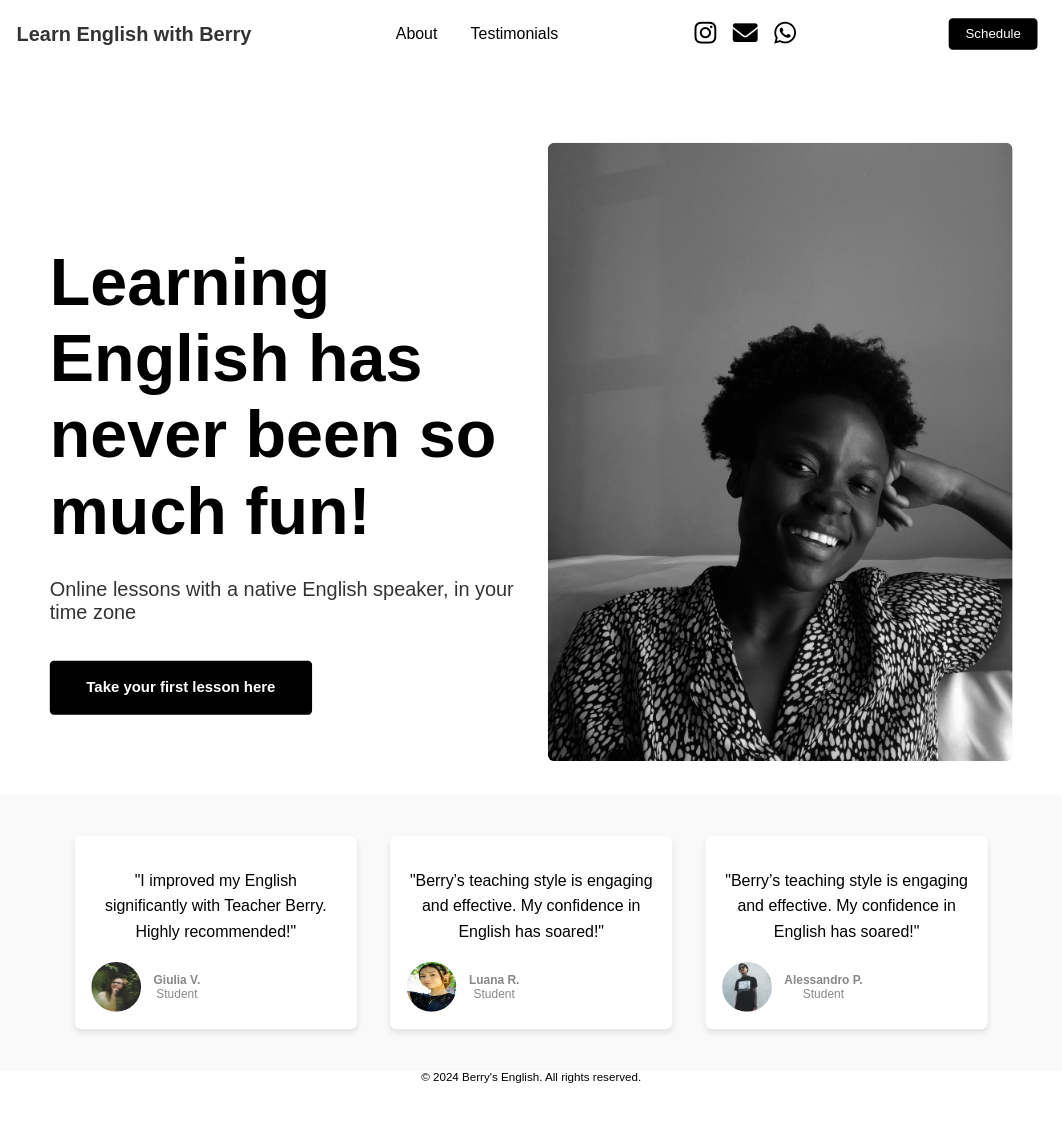
Repository: ntandomagana/esl-landing-page
Page: index.html
An editor plug-in stored every save of this project. The page is shown before and after the next save, followed by the edit.
The browser window is 1280 px wide. The pictures show the whole page, at 83% of full size.

Above is the page before, as saved 2024-07-17 14:33:10.

### index.html
<!DOCTYPE html>
<html lang="en">
<head>
    <meta charset="UTF-8">
    <meta name="viewport" content="width=device-width, initial-scale=1.0">
    <link rel="stylesheet" href="https://cdnjs.cloudflare.com/ajax/libs/font-awesome/6.0.0-beta3/css/all.min.css">

    <title>Berry's English</title>
    <link rel="stylesheet" href="index.css">
</head>
<body>
    <!-- Header Section -->
    <header>
        <div class="header-container">
            <div class="logo"><h1>Learn English with Berry</h1>
            </div>
            <nav>
                <ul>
                    <li><a href="#about">About</a></li>
                    <li><a href="#testimonials">Testimonials</a></li>

                </ul>
            </nav>
            <div class="social-links">
                <a href="#" class="social-link"><i class="fab fa-instagram"></i></a>
                <a href="mailto:ntandomagana@gmail.com" class="social-link"><i class="fas fa-envelope"></i></a>
                <a href="https://www.instagram.com/ntandoblack_"class="social-link"><i class="fab fa-whatsapp"></i></a>
            </div>
            <a href="#contact" class="schedule-button">Schedule</a>
        </div>
    </header>

    <!-- Left and right division -->
     <section class="content-section">
        <div class="content-wrapper">
            <div class="left-content">
                <h2>Learning English has <br />
                    never been so much fun!</h2>
                <p>Online lessons with a native English speaker, in your time zone</p>
                <a href="https://calendar.google.com/calendar/u/0/r" target="_blank" class="action-button">Take your first lesson here</a>
            </div>

            <div class="right-content">
                <img src="./assets/bwpp.jpg" alt="Teacher Berry's Image">
            </div>
        </div>

        <section id="testimonials" class="testimonials-section">
    <div class="testimonials-container">
        <div class="testimonial-item">
            <div class="testimonial-content">
                <p>"I improved my English significantly with Teacher Berry. Highly recommended!"</p>
            </div>
            <div class="testimonial-author">
                <img src="./assets/first.jpg" alt="Testimonial Author">
                <p><strong>Giulia V.</strong><br>Student</p>
            </div>
        </div>

        <div class="testimonial-item">
            <div class="testimonial-content">
                <p>"Berry’s teaching style is engaging and effective. My confidence in English has soared!"</p>
            </div>
            <div class="testimonial-author">
                <img src="./assets/second.jpg" alt="Testimonial Author">
                <p><strong>Luana R.</strong><br>Student</p>
            </div>
        </div>


        <div class="testimonial-item">
            <div class="testimonial-content">
                <p>"Berry’s teaching style is engaging and effective. My confidence in English has soared!"</p>
            </div>
            <div class="testimonial-author">
                <img src="./assets/third.jpg" alt="Testimonial Author">
                <p><strong>Alessandro P.</strong><br>Student</p>
            </div>
        </div>
    </div>

</section>


    <!-- Add more testimonials as needed -->

    <footer>
        <div class="footer-container">
            <p>&copy; 2024 Berry's English. All rights reserved.</p>
        </div>


     </section>
    </footer>
</body>
</html>

### index.css
/* styles.css */

body {
  font-family: Arial, Helvetica, sans-serif;
  margin: 0;
  padding: 0;
  box-sizing: border-box;
}

.header-container {
  display: flex;
  justify-content: space-between;
  align-items: center;
  padding: 10px 20px;
  background-color: white;
}

.logo h1 {
  margin: 0;
  font-size: 24px;
  color: #333;
}

nav ul {
  list-style-type: none;
  padding: 0;
  margin: 0;
  display: flex;
}

nav ul li {
  display: inline;
  margin: 20px; /* Adjust margin to add space between list items */
}

nav ul li:last-child {
  margin-right: 0;
}

nav ul li a {
  color: rgb(2, 2, 2);
  text-decoration: none;
  font-size: 1.2rem;
}

nav ul li a:hover {
  color: black;
  font-weight: bold;
}

.social-links {
  display: flex;
  align-items: center;
  margin-right: 20px;
}

.social-link {
  margin: 0 10px;
  display: inline-block;
  color: black;
  font-size: 30px;
  transition: color 0.3s ease, transform 0.3s ease, box-shadow 0.3s ease;
}

.social-link i {
  color: black;
}

.social-link:hover i {
  color: black;
  transition: black 4s ease-in-out;
  transform: translateY(-5px);
  box-shadow: 0 4px 8px rgba(19, 18, 18, 0.2);
}

.schedule-button {
  padding: 10px 20px;
  background-color: black;
  color: #fff;
  text-decoration: none;
  border-radius: 5px;
  transition: background-color 0.3s ease;
  border: none;
  cursor: pointer;
  margin-right: 10px;
}

.schedule-button:hover {
  background-color: #fff;
  border-color: rgba(0, 0, 0, 0);
  border: solid black;
  color: black;
}

.content-section {
  padding: 50px 0;
  text-align: center;
}

.content-wrapper {
  display: flex;
  justify-content: space-around;
  align-items: stretch;
  max-width: 1200px;
  margin: 20px auto;
}

.left-content {
  flex: 1;
  padding: 20px;
  text-align: left;
  display: flex;
  flex-direction: column;
  justify-content: center;
  align-items: flex-start;
}

.left-content h2 {
  font-size: 5rem;
  align-items: flex-end;
  color: rgb(0, 0, 0);
  margin-bottom: 10px;
  width: 100%;
}

.left-content p {
  font-size: 24px;
  color: #333;
  width: 100%;
}

.right-content {
  flex: 1;
  padding: 20px;
  text-align: center;
  display: flex;
  justify-content: center;
  align-items: center;
}

.right-content img {
  max-width: 100%;
  height: auto;
  max-height: 800px; /* Example maximum height, adjust as needed */
  border-radius: 8px;
  /* Optional: Adds a subtle shadow */
}

.action-button {
    display: inline-block;
  padding: 18px 40px;
  background-color: black;
  color: #fff;
  border: 4px solid black;
  text-decoration: none;
  border-radius: 5px;
  transition: background-color 0.3s ease;
  margin-top: 20px;
  font-size: 18px;
  font-weight: bold;

}

.action-button:hover {
  background-color: #fff;
  border-color: rgba(0, 0, 0, 0);
  border: 4px solid black;
  color: black;
  margin: 20px;
  padding: 18px 40px;
}


.testimonials-section {
    padding: 50px 0;
    text-align: center;
    background-color: #f9f9f9; /* Light background color */
}

.testimonials-container {
    display: flex;
    justify-content: center; /* Center align items horizontally */
    gap: 20px;
}

.testimonial-item {
    width: 300px; /* Adjust width as needed */
    margin: 0 10px; /* Adjust margin between testimonials */
    padding: 20px;
    background-color: #fff;
    border-radius: 8px;
    box-shadow: 0 4px 8px rgba(0, 0, 0, 0.1); /* Subtle shadow effect */
}

.testimonial-content {
    margin-bottom: 20px;
}

.testimonial-content p {
    font-size: 1.2rem;
    line-height: 1.6;
}

.testimonial-author {
    display: flex;
    align-items: center;
}

.testimonial-author img {
    width: 60px;
    height: 60px;
    border-radius: 50%; /* Rounded avatar */
    margin-right: 15px;
}

.testimonial-author p {
    font-size: 0.9rem;
    color: #888;
}

.testimonial-author strong {
    font-weight: bold;
}

/* index.css */

/* Styles for header, main content, testimonials, etc. */

footer {
    background-color: white;
    color: black;;
    padding:
    text-align: center;
}

.footer-container {
    display: flex;
    justify-content: center;
    align-items: center;
    max-width: 1200px;
    margin: 0 auto;
}

.footer-container p {
    margin: 0;
    font-size: 14px;
}



@media (max-width: 768px) {
    .content-wrapper {
        flex-direction: column; /* Stack columns vertically on smaller screens */
        text-align: center;
    }

    .left-content, .right-content {
        padding: 10px; /* Adjust padding for smaller screens */
    }

    .testimonial-item {
        width: 100%; /* Full width for testimonials on smaller screens */
        margin: 0 0 20px; /* Adjust margin for spacing */
    }
}

After the next save:
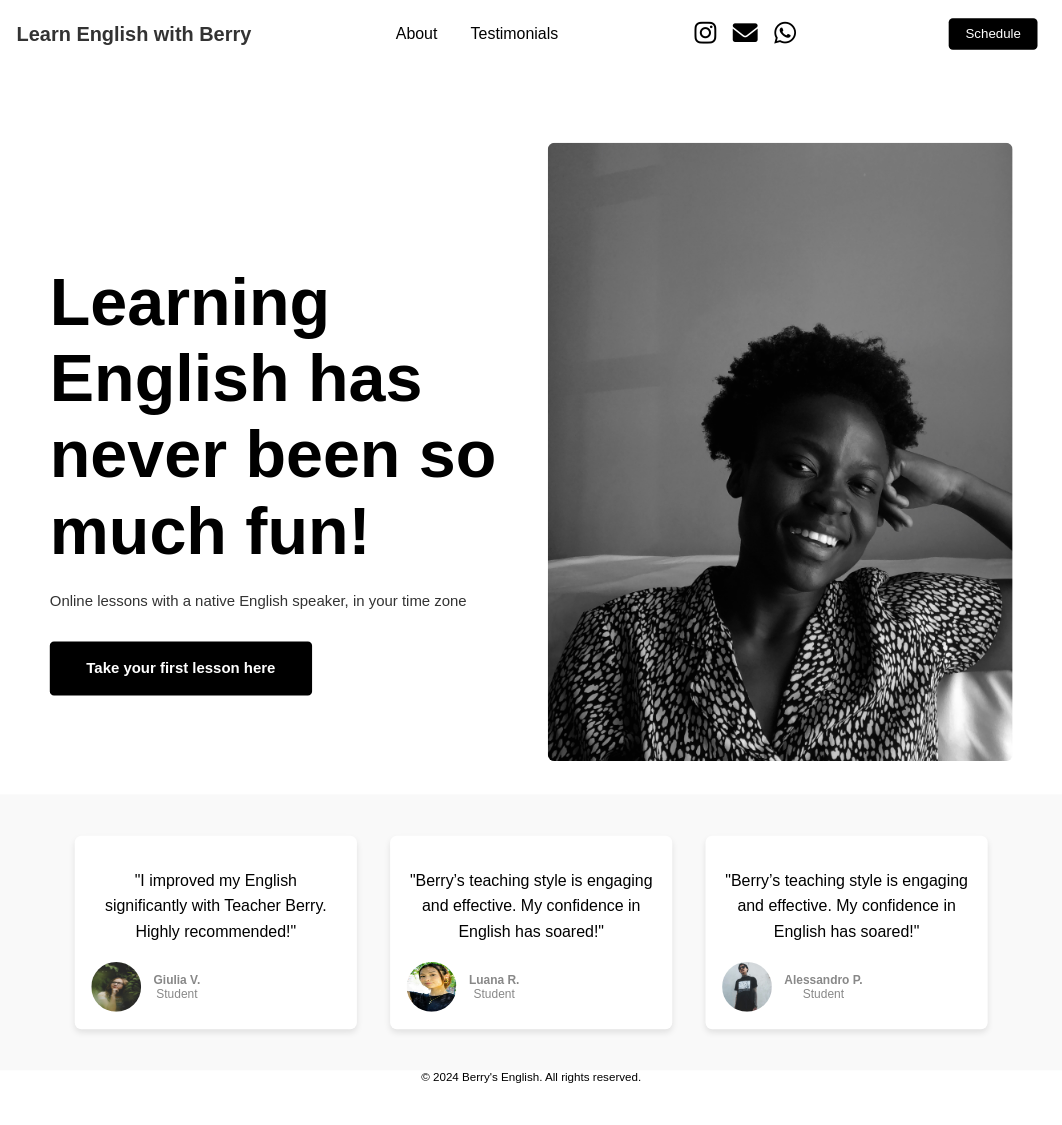
Saved 6 s later.
--- a/index.css
+++ b/index.css
@@ -124,7 +124,7 @@ nav ul li a:hover {
 }
 
 .left-content p {
-  font-size: 24px;
+  font-size: 18px;
   color: #333;
   width: 100%;
 }
